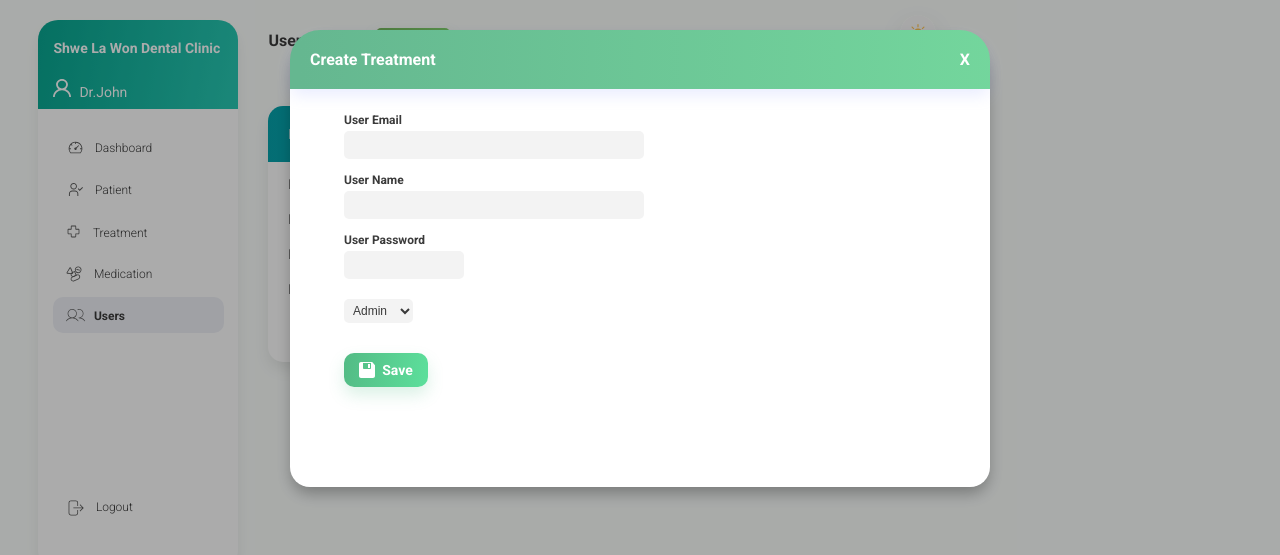
Repository: mrkaskar/frontendpatientrecord_typescript
Page: /users, after clicking the first element matching `#patient-create`
These files come from the project's save history. The page is drawn as it stood at one moment and after the next save; the edit follows.
The browser window is 1280 px wide. The pictures show the whole page.
The project was rebuilt for these pictures with package versions that can differ from the ones it lists, and the page was loaded fresh each time. A package was used in the major version that the imports need, not the one package.json lists. Also part of the build but not shown: src/components/checkbox/styles/index.css, src/components/checkbox/main.tsx, src/components/dropdown/main.tsx, src/components/imageupload/styles/index.css, src/components/gallery/styles/index.css, src/components/gallery/main.tsx, src/components/gallery/index.ts, src/components/imageupload/main.tsx and 28 more.

Above is the page before, as saved 2021-12-26 22:45:40.

### src/index.tsx
import React from 'react';
import ReactDOM from 'react-dom';
import './index.css';
import { QueryClient, QueryClientProvider } from 'react-query';
import App from './App';
import ThemeProvider from './components/global/context/ThemeProvider';

const queryClient = new QueryClient();

ReactDOM.render(
  <ThemeProvider>
    <QueryClientProvider client={queryClient}>
      <App />
    </QueryClientProvider>
  </ThemeProvider>,
  document.getElementById('root'),
);

### src/index.css
body {
  margin: 0;
  font-family: -apple-system, BlinkMacSystemFont, 'Segoe UI', 'Roboto', 'Oxygen',
    'Ubuntu', 'Cantarell', 'Fira Sans', 'Droid Sans', 'Helvetica Neue',
    sans-serif;
  -webkit-font-smoothing: antialiased;
  -moz-osx-font-smoothing: grayscale;
}
body,
html {
  margin: 0;
  padding: 0;
}
* {
  box-sizing: border-box;
}
code {
  font-family: source-code-pro, Menlo, Monaco, Consolas, 'Courier New',
    monospace;
}

### src/App.tsx
import React, { useContext } from 'react';
import './App.css';
import {
  BrowserRouter as Router,
  Switch,
  Route,
} from 'react-router-dom';
import Colors from './components/global/themes/colors';
import { Toggler, Navbar } from './components';
import { ThemeContext } from './components/global/context/ThemeProvider';
import Dashboard from './screens/large/Dashboard';
import Patient from './screens/large/Patient';
import Medication from './screens/large/Medication';
import Treatment from './screens/large/Treatment';
import Users from './screens/large/Users';

function App():JSX.Element {
  const { theme } = useContext(ThemeContext);
  return (
    <div
      className="App"
      style={{
        backgroundColor: Colors.background[theme],
      }}
    >
      <Router>
        <div id="space">
          <div id="nav-space">
            <Navbar />
          </div>
          <div id="body-space">
            <span id="toggler">
              <Toggler />
            </span>
            <Switch>
              <Route path="/" exact component={Dashboard} />
              <Route path="/patient" exact component={Patient} />
              <Route path="/medication" exact component={Medication} />
              <Route path="/treatment" exact component={Treatment} />
              <Route path="/users" exact component={Users} />
            </Switch>
          </div>
        </div>
      </Router>
    </div>

  );
}

export default App;

### src/components/global/context/ThemeProvider.tsx
import React, { createContext } from 'react';

type Theme = 'light' | 'dark';

export interface IThemeContext {
  theme: Theme;
  toggleTheme: () => null
}
export const ThemeContext = createContext<IThemeContext>({
  theme: 'light',
  toggleTheme: () => null,
});

function ThemeProvider({ children }:{children: JSX.Element}):JSX.Element {
  const [theme, setTheme] = React.useState<Theme>('light');
  let toggleTheme = ():null => {
    setTheme((prevTheme) => (prevTheme === 'light' ? 'dark' : 'light'));
    return null;
  };
  toggleTheme = React.useCallback(toggleTheme, []);

  return (
    <ThemeContext.Provider
      value={{ theme, toggleTheme }}
    >
      {children}
    </ThemeContext.Provider>
  );
}

export default ThemeProvider;

### src/App.css
@import url('https://fonts.googleapis.com/css2?family=Roboto&display=swap');
@import url('https://fonts.googleapis.com/css2?family=Roboto:wght@100;300;400;700&display=swap');
body {
  font-family: 'Roboto', sans-serif;
}

.App {
  transition: 0.3s;
  padding-left: 3%;
  height: 100vh;
  overflow: auto;
}

#space {
  display: flex;
  padding-top: 20px;
}

#body-space {
  position: relative;
  padding-left: 30px;
  padding-top: 0px;
}
#toggler {
  position: absolute;
  right: 0;
  top: -20px;
}

.board-title {
  font-weight: bold;
  display: inline-block;
  margin-top: 8px;
}
#patient-create:hover {
  cursor: pointer;
}
select {
  font-size: 12px;
  height: 24px;
  margin-top: 10px;
  padding: 3px 5px 3px 5px;
  border-radius: 5px;
  border: none;
}

select:focus {
  outline: none;
}

### src/components/global/themes/colors/index.ts
export default {
  background: {
    light: '#FCFFFD',
    dark: '#222626',
  },
  inputback: {
    light: '#F3F3F3',
    dark: '#414141',
  },
  level1: {
    light: '#FFFFFF',
    dark: '#2C2D31',
  },
  text: {
    light: '#3A3A3A',
    dark: '#FFFFFF',
  },
  lightText: {
    light: '#595959',
    dark: '#FFFFFF',
  },
};

### src/components/index.ts
export { default as Checkbox } from './checkbox';
export { default as Dropdown } from './dropdown';
export { default as Table } from './table';
export { default as Toggler } from './global/themes';
export { default as TextBox } from './textbox';
export { default as Modal } from './modal';
export { default as Image } from './imageupload';
export { default as Navbar } from './navbar';
export { default as Dashcard } from './dashcard';
export { default as Button } from './button';
export { default as Loader } from './loading';

### src/screens/large/Users.tsx
import React, { ReactElement } from 'react';
import { ThemeContext } from '../../components/global/context/ThemeProvider';
import colors from '../../components/global/themes/colors';
import UsersTable from '../../modules/users/components/UsersTable';
import { ReactComponent as Add } from '../../assets/add.svg';
import CreateModal from '../../modules/users/components/CreateModal';
import './Users.css';

function Users():ReactElement {
  const { theme } = React.useContext(ThemeContext);
  const [modal, setModal] = React.useState(false);
  return (
    <div>
      {modal && <CreateModal modal={modal} setModal={setModal} />}

      <span
        className="board-title"
        style={{
          color: colors.text[theme],
        }}
      >
        Users Board
        <span
          aria-hidden="true"
          onClick={() => setModal(true)}
          id="patient-create"
          style={{
            display: 'inline-block',
            background: 'linear-gradient(90deg, #73B85A 0%, #87E777 165%)',
            boxShadow: '0px 8px 16px -2px rgba(116, 186, 92, 0.35)',
            borderRadius: '5px',
            boxSizing: 'border-box',
            paddingLeft: '8px',
            width: '74px',
            height: '25px',
            color: 'white',
            paddingTop: '3px',
            position: 'relative',
            marginLeft: '20px',
          }}
        >
          <Add />
          <span style={{
            fontSize: '12px',
            position: 'absolute',
            top: '6px',
            left: '26px',
          }}
          >
            Create
          </span>
        </span>
      </span>

      <div id="treatment-board-body">
        <UsersTable />
      </div>
    </div>
  );
}

export default Users;

### src/modules/users/components/UsersTable.tsx
/* eslint-disable @typescript-eslint/no-unused-vars */
import React, { ReactElement } from 'react';
import { Table } from '../../../components';

function UsersTable():ReactElement {
  const [detailModal, setDetailModal] = React.useState(false);
  const [editModal, setEditModal] = React.useState(false);
  const [deleteModal, setDeleteModal] = React.useState(false);
  const [detailid, setDetailid] = React.useState('initial');
  const [chosenTreatment, setChosenTreatment] = React.useState({

  });
  return (
    <div>
      <Table
        setDetailModal={setDetailModal}
        setEditModal={setEditModal}
        setDeleteModal={setDetailModal}
        setDetailid={setDetailid}
        data={{
          headers: ['Email', 'Username', 'Type', 'Actions'],
          body: [
            ['kaskar@gmail.com', 'kaskar', 'admin', 'actions'],
            ['kaskar@gmail.com', 'kaskar', 'casher', 'actions'],
            ['kaskar@gmail.com', 'kaskar', 'casher', 'actions'],
            ['kaskar@gmail.com', 'kaskar', 'admin', 'actions'],
          ],

        }}
      />

    </div>
  );
}

export default UsersTable;

### src/modules/users/components/CreateModal.tsx
import React, { ReactElement } from 'react';
import {
  Button, Modal,
} from '../../../components';
import { ReactComponent as Save } from '../../../assets/save.svg';
import colors from '../../../components/global/themes/colors';
import { ThemeContext } from '../../../components/global/context/ThemeProvider';
import Textbox from '../../../components/textbox';

interface ICreateModal {
  modal: boolean
  setModal: React.Dispatch<React.SetStateAction<boolean>>
}
function CreateModal({ modal, setModal }:ICreateModal):ReactElement {
  const { theme } = React.useContext(ThemeContext);
  return (
    <div>
      {
      modal
      && (
      <Modal
        width={700}
        header="Create Treatment"
        closeModal={() => { setModal(false); }}
      >
        <div id="create-user-body">
          <div>
            <Textbox
              label="User Email"
              width={300}
            />
            <div
              style={{
                height: '10px',
              }}
            />
            <Textbox
              label="User Name"
              width={300}
            />
            <div
              style={{
                height: '10px',
              }}
            />
            <Textbox
              label="User Password"
              width={120}
            />
          </div>
          <div
            style={{
              marginTop: '10px',
            }}
          />
          <select
            style={{
              backgroundColor: colors.inputback[theme],
              color: colors.text[theme],
            }}
          >
            <option>Admin</option>
            <option>Casher</option>
          </select>
          <div
            style={{
              marginTop: '30px',
            }}
          >
            <Button
              onClick={() => 3}
              Icon={Save}
              color1="#53BB85"
              color2="#61F2A7"
              label="Save"
            />
          </div>
        </div>
      </Modal>
      )
    }
    </div>
  );
}

export default CreateModal;

### src/screens/large/Users.css
#create-user-body {
  width: 90%;
  margin: 0 auto;
}

### src/components/global/themes/main.tsx
import React, { CSSProperties } from 'react';
import { ThemeContext } from '../context/ThemeProvider';
import { ReactComponent as Moon } from './assets/moon.svg';
import { ReactComponent as Sun } from './assets/sun.svg';

function Toggler():JSX.Element {
  const { theme, toggleTheme } = React.useContext(ThemeContext);

  const styles :CSSProperties = {
    width: 80,
    height: 80,
    display: 'flex',
    justifyContent: 'center',
    alignItems: 'center',
  };
  return (
    <div>
      {
        theme === 'light'
          ? (
            <div style={styles} aria-hidden="true" onClick={toggleTheme}>
              <Sun />
            </div>
          )
          : (
            <div style={styles} aria-hidden="true" onClick={toggleTheme}>
              <Moon />
            </div>
          )
      }
    </div>
  );
}

export default Toggler;

### src/components/textbox/main.tsx
import React, { ReactElement } from 'react';
import './styles/index.css';
import colors from '../global/themes/colors';
import { ThemeContext } from '../global/context/ThemeProvider';

interface ITextBox {
  label: string
  width?: number
  onInput?: (text: string) => void
  value?: string
}

function TextBox({
  label, width, onInput, value,
}: ITextBox):ReactElement {
  const { theme } = React.useContext(ThemeContext);

  return (
    <div id="textbox">
      <div
        style={{
          color: colors.text[theme],
        }}
        id="textlabel"
      >
        {label}

      </div>
      <input
        id="text"
        style={{
          width,
          backgroundColor: colors.inputback[theme],
          color: colors.text[theme],
        }}
        spellCheck={false}
        autoComplete="off"
        onChange={(e) => onInput && onInput(e.target.value)}
        value={value}
      />
    </div>
  );
}
TextBox.defaultProps = {
  width: 100,
  // eslint-disable-next-line no-console
  onInput: () => { console.log('Input'); },
  value: '',
};

export default TextBox;

### src/components/modal/main.tsx
import React, { ReactElement } from 'react';
import './styles/index.css';
import colors from '../global/themes/colors';
import { ThemeContext } from '../global/context/ThemeProvider';

interface IModal {
  header: string
  closeModal:(e:React.MouseEvent<HTMLDivElement>) => void,
  width: number
  children: JSX.Element
}

function Modal({
  closeModal, children, header, width,
}:IModal):ReactElement {
  const { theme } = React.useContext(ThemeContext);

  return (
    <div
      aria-hidden="true"
      id="backdrop"
      // onClick={closeModal}
    >
      <div
        aria-hidden="true"
        id="modal"
        style={{
          backgroundColor: colors.level1[theme],
          color: colors.text[theme],
          width: `${width}px`,
        }}
        onClick={(e) => e.stopPropagation()}
      >
        <div id="modal__header">
          {header}
          <span
            aria-hidden="true"
            onClick={closeModal}
            id="close_modal"
          >
            X

          </span>
        </div>
        <div
          id="modal__body"
        >
          {children}
        </div>
      </div>

    </div>
  );
}

export default Modal;

### src/components/button/main.tsx
import React, { ReactElement } from 'react';
import './styles/index.css';

interface IButton {
  Icon?: React.FunctionComponent<React.SVGProps<SVGSVGElement>>
  color1: string
  color2: string
  label: string
  onClick: () => void
}
function Button({
  Icon, color1, color2, label, onClick,
}:IButton):ReactElement {
  return (
    <div
      aria-hidden="true"
      onClick={onClick}
      style={{
        width: '84px',
        height: '34px',
        background: `linear-gradient(98.08deg, ${color1} 0%, ${color2} 150.8%)`,
        boxShadow: `0px 8px 16px ${color1}35`,
        borderRadius: '10px',
        color: 'white',
        display: 'inline-flex',
        fontSize: '14px',
        fontWeight: 'bold',
        justifyContent: 'center',
        alignItems: 'center',
        paddingLeft: '2px',
        paddingRight: '2px',
        gap: '7px',
        marginRight: '10px',
        boxSizing: 'border-box',
      }}
      className="button"
    >

      {Icon
      && (
      <div
        style={{
          paddingTop: '3px',
          boxSizing: 'border-box',
        }}
      >
        <Icon />
      </div>
      )}
      <div>
        {label}
      </div>
    </div>
  );
}

Button.defaultProps = {
  Icon: null,
};

export default Button;

### src/components/dropdown/styles/index.css
#dropbox {
  display: flex;
  height: 20px;
}

#arrow {
  margin-left: -15px;
  cursor: pointer;
  display: inline-block;
}

#box {
  padding-left: 5px;
  border-top-left-radius: 5px;
  border-bottom-left-radius: 5px;
}
#label {
  font-size: 12px;
  color: rgba(172, 172, 172) !important;
}

#drop {
  display: flex;
  flex-direction: column;
  position: relative;
}

#boxarea {
  box-shadow: 0px 8px 16px -2px rgba(0, 0, 0, 0.1);
  border-radius: 5px;
  max-height: 300px;
  overflow-y: scroll;
  padding-top: 5px;
  position: absolute;
  top: 21px;
  z-index: 99;
}
#boxarea::-webkit-scrollbar {
  width: 0.3em;
}

#boxarea::-webkit-scrollbar-track {
  box-shadow: inset 0 0 3px rgba(0, 0, 0, 0.13);
  border-radius: 10px;
}

#boxarea::-webkit-scrollbar-thumb {
  background-color: #4cb281;
  outline: 1px solid #4cb281;
}

.listarea {
  margin-left: 3px;
  margin-top: -3px;
  padding-bottom: 3px;
}

#searchlist {
  border: none;
  margin-left: 5px;
  margin-bottom: 3px;
  border-radius: 5px;
  width: 90%;
  font-size: 11px;
  height: 18px;
  padding-left: 2px;
}

#searchlist:focus {
  outline: none;
}

#searchlist::placeholder {
  font-size: 11px;
}

### src/components/iconbutton/main.tsx
import React from 'react';
import './styles/index.css';

interface IButton {
  Icon: React.FunctionComponent<React.SVGProps<SVGSVGElement>>
  colorOne: string
  colorTwo: string
  disabled?: boolean
  onClick?: () => void
}
function Button({
  Icon, colorOne, colorTwo, disabled,
  onClick,
}:IButton):JSX.Element {
  const enabledStyles = {
    background: `linear-gradient(90deg, ${colorOne} 0%, ${colorTwo} 165%)`,
    boxShadow: `0px 4px 8px -2px ${colorOne}59`,
    borderRadius: '5px',
  };
  const disabledStyles = {
    background: 'linear-gradient(90deg, #CCCCCC 0%, #E4E4E4 165%)',
    borderRadius: '5px',
  };

  return (
    <div
      style={disabled ? disabledStyles : enabledStyles}
      id="button"
      aria-hidden="true"
      onClick={onClick}
    >
      <Icon id="icon" />
    </div>
  );
}

Button.defaultProps = {
  disabled: false,
  onClick: () => null,
};

export default Button;

### src/components/table/styles/index.css
#table {
  display: inline-flex;
  position: relative;
  box-shadow: 0px 8px 16px -2px rgba(0, 0, 0, 0.1);
  border-radius: 15px;
  padding-bottom: 50px;
  margin-bottom: 200px;
  min-width: 500px;
}

#headback {
  background: linear-gradient(90.25deg, #06a2ab -7.01%, #02b6c1 110.82%);
  border-radius: 15px 15px 0px 0px;
  height: 56px;
  width: 100%;
  position: absolute;
  z-index: 1;
}

.columns {
  margin-top: 20px;
  margin-left: 20px;
  z-index: 2;
}

.Registration {
  width: 100px;
}
.Name {
  width: 120px;
}
.Age {
  width: 50px;
}
.Phone {
  width: 100px;
}
.Address {
  width: 320px;
}

.Actions {
  margin-right: 10px;
}

.header {
  color: white;
  font-weight: bold;
  margin-bottom: 30px;
  font-size: 14px;
}

.body {
  overflow: hidden;
  white-space: nowrap;
  max-width: 400px;
  min-width: 150px;
  height: 35px;
  text-overflow: ellipsis;
  font-size: 13px;
  line-height: 25px;
}

.actions {
  display: flex;
}

#pageP {
  position: absolute;
  bottom: 0;
  display: flex;
  left: 50%;
  margin-bottom: 10px;
  font-size: 14px;
}
#pageCount {
  position: absolute;
  bottom: 5px;
  right: 10px;
  display: flex;
  margin-bottom: 10px;
}
#count {
  width: 50px;
  padding-left: 5px;
  border-top-left-radius: 5px;
  border-bottom-left-radius: 5px;
  height: 20px;
  font-size: 14px;
  line-height: 20px;
}
.p {
  margin-right: 5px;
  margin-left: 5px;
  line-height: 28px;
}
.p:hover {
  cursor: pointer;
}
.active {
  color: rgb(126, 126, 255);
}

#drop {
  display: inline-block;
}
#drop:hover {
  cursor: pointer;
}
#dropdown {
  display: inline-block;
  flex-direction: column;
  position: absolute;
  top: 25px;
  font-size: 14px;
  box-shadow: 0px 8px 16px -2px rgba(0, 0, 0, 0.1);
  width: 75px;
}
#droplist {
  padding-left: 5px;
  padding-top: 3px;
  padding-bottom: 3px;
  transition: 0.5s;
  border-radius: 5px;
}
#droplist:hover {
  color: rgb(146, 146, 255) !important;
  cursor: pointer;
}

#searchtable {
  width: 200px;
  height: 23px;
  padding-left: 5px;
  border-radius: 5px;
  margin: 0 auto;
  margin-bottom: 20px;
  position: relative;
  margin-top: 10px;
}
#searchinput {
  border: none;
  font-size: 12px;
  margin-left: 2px;
  position: absolute;
  top: 5px;
}
#searchinput:focus {
  outline: none;
}

#searchicon {
  display: inline-block;
  margin-top: 3px;
}

### src/components/textbox/styles/index.css
#textlabel {
  font-size: 12px;
  margin-bottom: 4px;
  font-weight: bold;
}
#textbox {
  display: inline-flex;
  flex-direction: column;
}

#text {
  border-radius: 5px;
  border: none;
  height: 28px;
  padding-left: 5px;
  transition: 0.5s;
}

#text:focus {
  outline: none;
  box-shadow: 0 0 1px 1px #34ff55;
}

### src/components/modal/styles/index.css
#backdrop {
  position: fixed;
  width: 100%;
  height: 100%;
  background-color: rgba(2, 2, 2, 0.329);
  z-index: 999;
  left: 0;
  top: 0;
  right: 0;
  bottom: 0;
  overflow: auto;
}

#modal {
  margin: 0 auto;
  margin-top: 30px;
  min-height: 350px;
  background-color: white;
  box-shadow: 0px 8px 16px -2px rgba(0, 0, 0, 0.3);
  border-radius: 40px 40px 20px 20px;
  animation: in 0.6s;
}

@keyframes in {
  from {
    opacity: 0.1;
  }
  to {
    opacity: 1;
  }
}

#modal__header {
  box-sizing: border-box;
  color: white;
  background: linear-gradient(90.56deg, #65b790 1.58%, #76dc9f 119.69%);
  box-shadow: 0px 8px 16px -2px rgba(143, 161, 255, 0.2);
  border-radius: 30px 30px 0px 0px;
  height: 59px;
  padding-left: 20px;
  padding-top: 20px;
  font-weight: bold;
  position: relative;
}

#close_modal {
  position: absolute;
  right: 20px;
}

#close_modal:hover {
  cursor: pointer;
}

#modal__body {
  padding-left: 20px;
  padding-top: 20px;
  padding-bottom: 100px;
}

### src/components/navbar/styles/index.css
#nav-wrapper {
  box-shadow: 0px 8px 16px -2px rgba(0, 0, 0, 0.09);
  border-radius: 20px;
  width: 200px;
  height: 550px;
}

#nav-header {
  box-sizing: border-box;
  background: linear-gradient(100.95deg, #09a792 2.81%, #32d5bf 132.37%);
  border-radius: 20px 20px 0px 0px;
  width: 200px;
  height: 89px;
  color: white;
  padding-top: 20px;
  padding-left: 15px;
  font-size: 14px;
  margin-bottom: 20px;
}

#title {
  font-weight: bold;
  display: block;
  margin-bottom: 23px;
}

#username {
  margin-left: 8px;
}

a {
  color: inherit;
  text-decoration: none;
}

### src/components/button/styles/index.css
.button:hover {
  cursor: pointer;
}

.button:active {
  transform: scale(1.01);
}

### src/components/iconbutton/styles/index.css
#button{
  width: 26px;
  height: 26px;
  display: flex;
  justify-content: center;
  align-items: center;
}
#button:hover{
  cursor: pointer;
}
#icon{
  transform: scale(1.2);
}

### src/components/navbar/nav-item/main.tsx
import React, { ReactElement } from 'react';
import './styles/index.css';

interface INavItem{
  Icon: React.FunctionComponent<React.SVGProps<SVGSVGElement>>
  label: string
  active?: boolean
  theme: 'dark' | 'light'
}

function Navitem({
  Icon, label, active, theme,
}:INavItem):ReactElement {
  return (
    <div
      className={`nav-item-wrapper ${active ? 'nav-active' : null}`}
      style={{
        // eslint-disable-next-line no-nested-ternary
        backgroundColor: active ? (theme === 'light' ? '#EEF0F6' : '#35363B') : '',

      }}
    >
      <div className={`nav-icon ${label}-icon`}>
        <Icon
          style={{
            filter: `${theme === 'dark' ? 'invert(100%) sepia(0%) saturate(8%) hue-rotate(236deg) brightness(104%) contrast(105%)' : ''}`,
          }}
        />
      </div>
      <div className={`nav-label ${label}`}>
        {label}
      </div>
    </div>
  );
}

Navitem.defaultProps = {
  active: false,
};

export default Navitem;

### src/components/navbar/nav-item/styles/index.css
.nav-item-wrapper {
  box-sizing: border-box;
  padding: 11px 0px 7px 15px;
  height: 36px;
  font-size: 12px;
  width: 171px;
  margin: 0 auto;
  display: flex;
  margin-bottom: 6px;
  font-weight: 300;
}
.nav-item-wrapper:hover {
  cursor: pointer;
}

.nav-active {
  font-weight: bold;
  border-radius: 10px;
}
.nav-label {
  margin-left: 12px;
  display: inline-block;
  height: 15px;
}
.Users {
  margin-top: 1px;
  margin-left: 8px;
}
.Dashboard {
  margin-top: 1px;
}
.Patient {
  margin-top: 1px;
}
.Medication {
  margin-top: 1px;
  margin-left: 10px;
}
.Treatment {
  margin-top: 2px;
}
.Treatment-icon {
  margin-left: -2px;
}
.Medication-icon {
  margin-left: -4px;
  margin-top: -2px;
}
.Users-icon {
  margin-left: -3px;
  margin-top: -3px;
}

Loaded but not shown: public/index.html (common file); src/components/checkbox/index.ts (common file); src/components/dropdown/index.ts (common file); src/components/table/index.ts (common file); src/components/global/themes/index.ts (common file); src/components/textbox/index.ts (common file); src/components/modal/index.ts (common file); src/components/imageupload/index.ts (common file); src/components/navbar/index.ts (common file); src/components/dashcard/index.ts (common file); src/components/button/index.ts (common file); src/components/loading/index.ts (common file); src/components/navbar/nav-item/index.ts (common file); src/components/table/main.tsx (316 lines, source omitted); src/components/navbar/main.tsx (109 lines, source omitted)

After the next save:
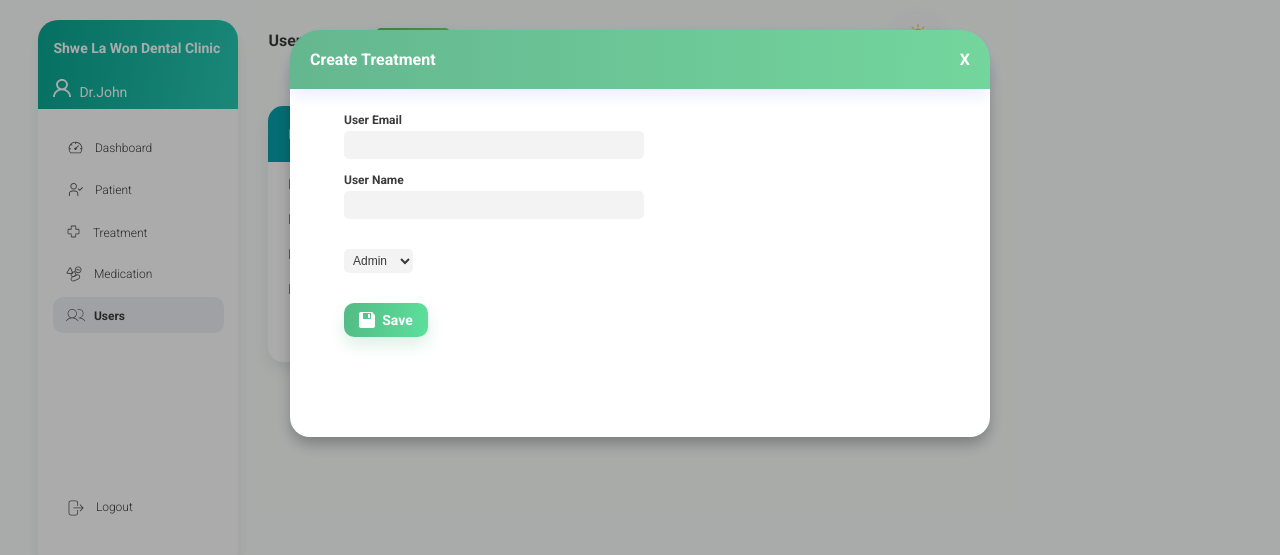
Saved 13 h 30 min later.
--- a/src/modules/users/components/CreateModal.tsx
+++ b/src/modules/users/components/CreateModal.tsx
@@ -43,10 +43,6 @@ function CreateModal({ modal, setModal }:ICreateModal):ReactElement {
                 height: '10px',
               }}
             />
-            <Textbox
-              label="User Password"
-              width={120}
-            />
           </div>
           <div
             style={{
